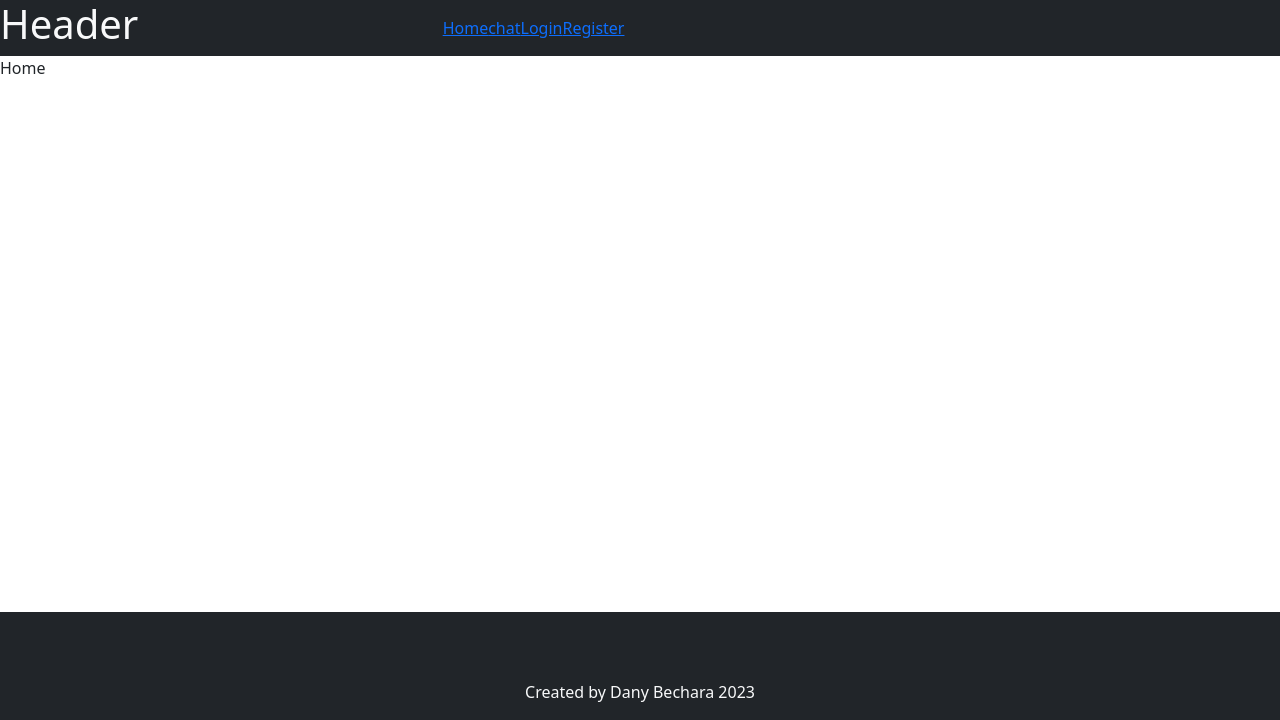
Repository: bechara611/chatv2
Page: /
The author's editor kept a copy of each file at every save. The page is drawn from the files as they stood at one save, then again after the next save.
The browser window is 1280 px wide. The pictures show the whole page.
The project was rebuilt for these pictures with package versions that can differ from the ones it lists, and the page was loaded fresh each time. Also part of the build but not shown: src/auth/components/login.jsx, src/auth/components/register.jsx.

Above is the page before, as saved 2023-03-02 17:19:45.

### src/index.js
import React from 'react';
import ReactDOM from 'react-dom/client';
import './index.css';
import App from './App';
import { BrowserRouter } from 'react-router-dom';
import 'bootstrap/dist/css/bootstrap.min.css'
import 'bootstrap/dist/js/bootstrap.bundle.js'

const root = ReactDOM.createRoot(document.getElementById('root'));
root.render(
  <BrowserRouter>
    <App />
    </BrowserRouter>
);

### src/App.js
import React from 'react'
import { Rutas } from './Router/Routes';
import { Header } from './ui/components/Header';
import './App.css'
import { Footer } from './ui/components/Footer';
const App = () => {
  return (
    <>
      <div className="contenedor-completo">
        <Header></Header>
        <Rutas></Rutas>
       <Footer></Footer>

      </div>
    </>
  )
}
export default App;

### src/Router/Routes.jsx
import React from 'react'
import { Navigate, Route, Routes } from 'react-router-dom'
import { Login } from '../auth/components/login'
import { Register } from '../auth/components/register'
import { Home } from '../ui/components/Home'

export const Rutas = () => {

    return (

        <Routes>
            <Route path='/' element={<Home></Home>}></Route>
            <Route path='/login' element={<Login></Login>}></Route>
            <Route path='/register' element={<Register></Register>}></Route>
            <Route path='/chat' element={<h1>chat</h1>}></Route>
            <Route path='/*' element={<Navigate to={'/'}></Navigate>}></Route>
        </Routes>

    )
}

### src/ui/components/Header.jsx
import React from 'react'
import { NavLink } from 'react-router-dom'
import './Header.css'
export const Header = () => {
  return (
    <>

      <div className=" bg-dark contenedor-header col-12">
        <div className="titulo-header col-4">
          <h1 className='text-light'>Header</h1>

        </div>
    <div className="col-8">
    <nav className='p-2 m-2 nav'>
    <NavLink to={'/'}>Home</NavLink>
    <NavLink to={'/chat'}>chat</NavLink>
    <NavLink to={'/login'}>Login</NavLink>
    <NavLink to={'/register'}>Register</NavLink>
  </nav>
    </div>




      </div>
    </>

  )
}

### src/App.css
.contenedor-completo{
    min-height: 100vh;
   position: relative;
}

### src/ui/components/Footer.jsx
import React from 'react'
import './Footer.css'


let linkdn="https://linkedin.com/in/DanyBechara";
let correo="mailto:bechara611@gmail.com";
let blank='_blank';
let github='https://github.com/bechara611';
let whatssap='https://wa.me/584120361952';

export const Footer = () => {
  return (
    <>
      {/*Aca este footer le estamos colocando una posicion absolute y a su padre relativa para poder ubicarlo al final de su div padre */}
      <div className="footer col-12 mt-5 pt-1 bg-dark">
      <a href={linkdn} target={blank} className='animate__animated animate__lightSpeedInLeft'><i className=" linkdin fa-brands fa-linkedin iconoRedes"></i></a>
      <a href={whatssap} target={blank}  className='animate__animated animate__lightSpeedInLeft'><i className="whatssap fa-brands fa-whatsapp iconoRedes"></i></a>
      <a href={correo} target={blank}  className='animate__animated animate__lightSpeedInLeft'><i className="gmail fa-solid  fa-envelope iconoRedes"></i></a>
      <a href={github} target={blank}  className='  animate__animated animate__lightSpeedInLeft'><i className=" github fa-brands fa-github iconoRedes"></i></a>

     <div className="col-12 contenedor-mensaje-footer mt-1">
     <div className="col-12 contenedor-mensaje-footer">
     <p className='mensaje text-light'>Created by Dany Bechara {new Date().getFullYear().toString()}</p>
     </div>

     </div>
      </div>
    </>

  )
}

### src/ui/components/Header.css
.contenedor-header{
    display: flex;
    flex-direction: row;
    flex-wrap: nowrap;
}

### src/ui/components/Footer.css
.footer {

    background: #e5e5e5;
    position: absolute;
    bottom: 0%;
    display: flex;
    flex-direction: row;
    justify-content: center;
    text-align: center;
    align-items: center;
    justify-items: center;
    flex-wrap: wrap;

}


.iconoRedes {
    font-size: 40px;
    padding-left: 10px;
    margin: 5px;

}

.github:hover {
    color: #4b3074;

}
.github{
    color: #6e5494;
}

.whatssap:hover {
    color: #0c903c;
}
.whatssap{
    color: #25d366;

}

.gmail:hover {
    color: #e65f5f;
}

.gmail{
    color: #cc0000;
}

.linkdin:hover {
    color: #0780ac;
}

.linkdin{
    color: #0377a1;
}

.contenedor-mensaje-footer {
    display: flex;
    flex-direction: row;
    justify-content: center;
    text-align: center;
    align-items: center;
    justify-items: center;
}

/*?RESPONSIVE*/

@media(max-width:255px) {
    .iconoRedes {
        font-size: 30px;
        padding-left: 5px;
    }

    .mensaje {
        font-size: 10px;
    }
}

Loaded but not shown: src/index.css (common file); src/ui/components/Home.jsx (common file)

After the next save:
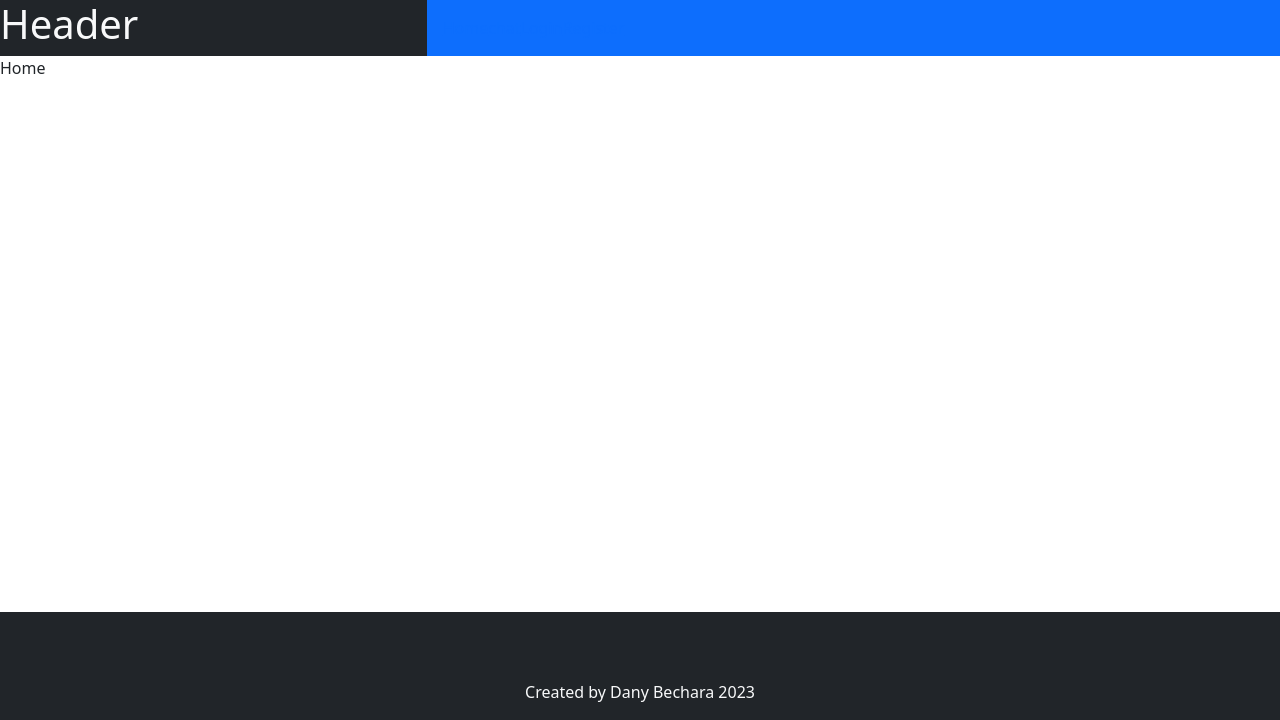
Saved 10 s later.
--- a/src/ui/components/Header.jsx
+++ b/src/ui/components/Header.jsx
@@ -10,7 +10,7 @@ export const Header = () => {
           <h1 className='text-light'>Header</h1>
 
         </div>
-    <div className="col-8">
+    <div className="col-8 bg-primary">
     <nav className='p-2 m-2 nav'>
     <NavLink to={'/'}>Home</NavLink>
     <NavLink to={'/chat'}>chat</NavLink>
